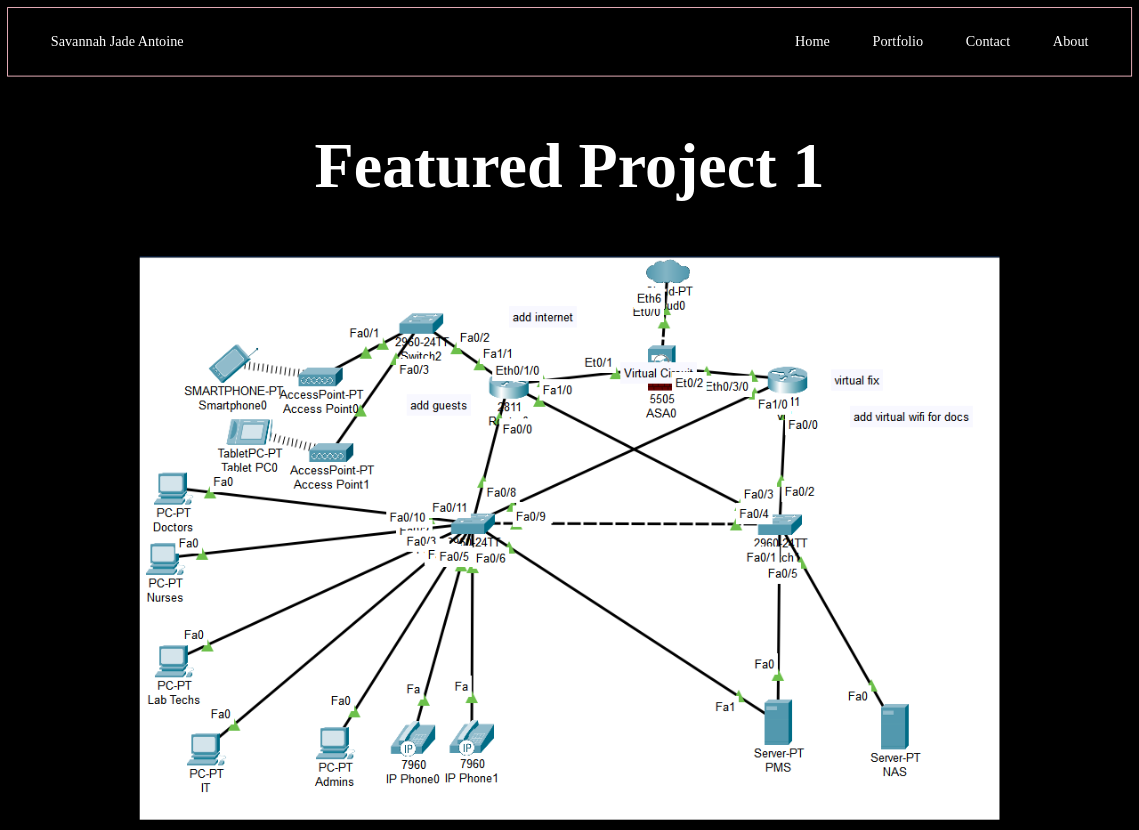
Repository: Savannah-Antoine/Savannah-Antoine
Page: pages/project-name-1.html
These files come from the project's save history. The page is drawn as it stood at one moment and after the next save; the edit follows.
The browser window is 1280 px wide. The pictures show the whole page, at 89% of full size.

Above is the page before, as saved 2026-05-15 14:52:49.

After the next save:
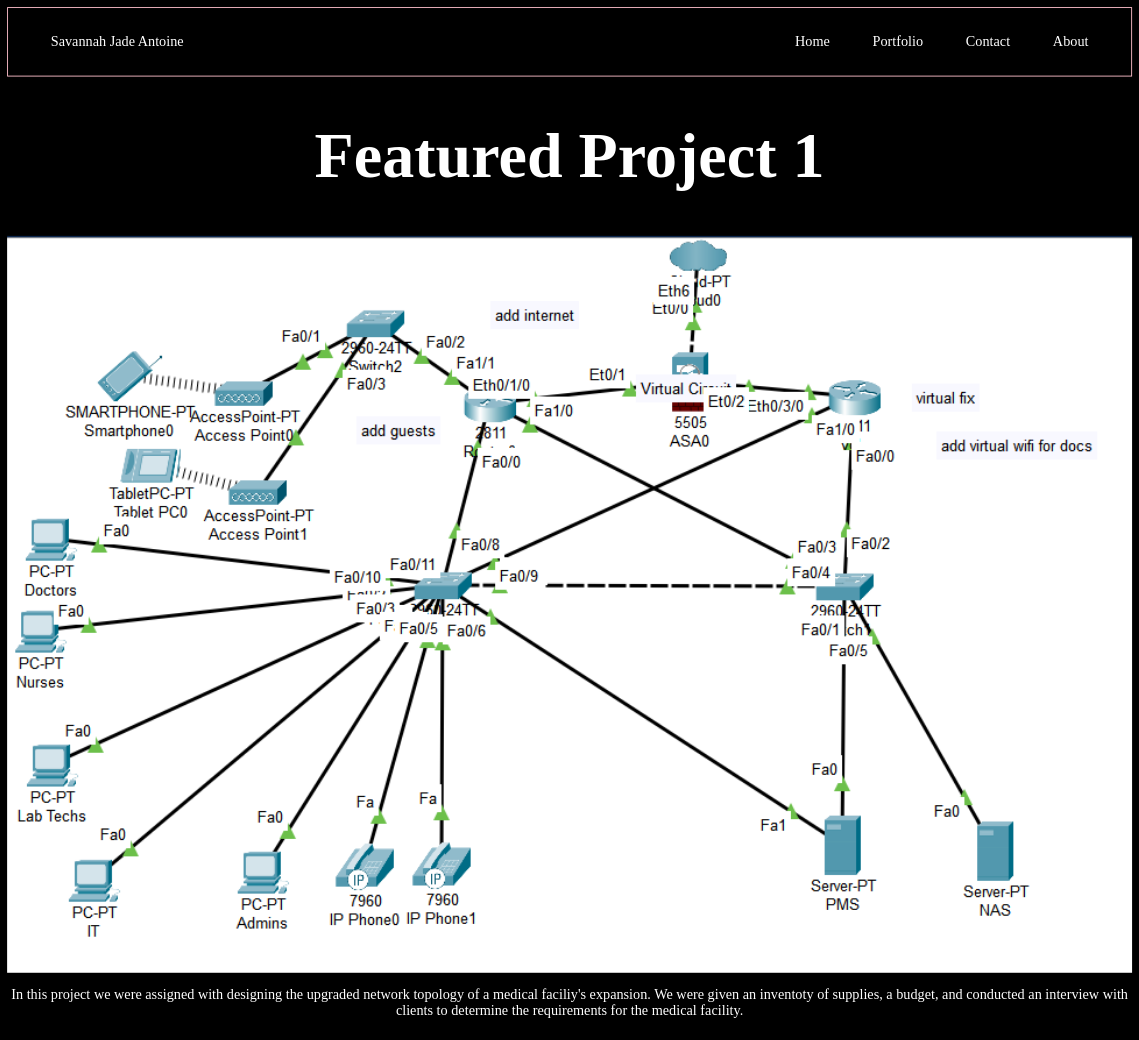
Saved 6 min 34 s later.
--- a/pages/project-name-1.html
+++ b/pages/project-name-1.html
@@ -20,15 +20,18 @@
            <li><a   href = "../index.html">Savannah Jade Antoine</a></li>
         </ul>
 </nav>
+<h1>Featured Project 1</h1>
 </header>
 <main class = "container">
 
-<section >
-<h1>Featured Project 1</h1>
-<img src = "../assets/images/Project1.png" alt = "First Portfolio placeholder image" />
 
 
+<img src = "../assets/images/Project1.png" alt = "First Portfolio placeholder image" />
+<section>
+    <p>In this project we were assigned with designing the upgraded network topology of a medical faciliy's expansion. We were given an inventoty of supplies, a budget, and conducted an interview with clients to determine the requirements for the medical facility.</p>
+
 </section>
+
 
 
 
